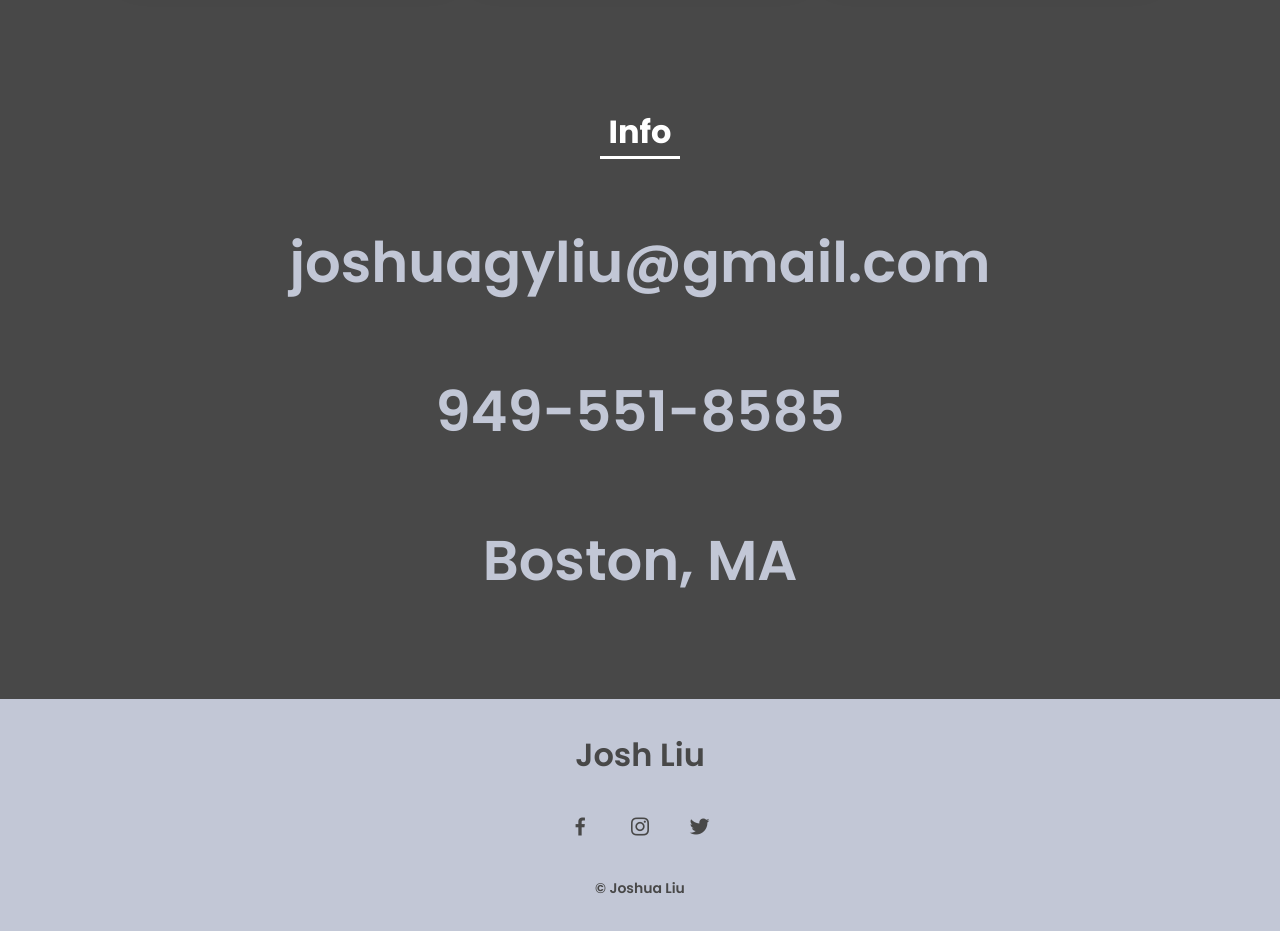
Repository: joshliu14/joshliu14.github.io
Page: index.html
The author's editor kept a copy of each file at every save. The page is drawn from the files as they stood at one save, then again after the next save.
The browser window is 1280 px wide. The pictures show the part of the page from y = 2529 to 3460 px (the page is 3460 px tall before and 3280 px after).
A picture or video elsewhere on the page could not be fetched, so the positions and the page height are approximate.

Above is the page before, as saved 2024-01-31 23:32:45.

### index.html
<!DOCTYPE html>
<html lang="en">
  <head>
    <meta charset="UTF-8" />
    <meta name="viewport" content="width=device-width, initial-scale=1.0" />

    <link rel="stylesheet" href="assets/css/web.css" />

    <!-- =====BOX ICONS===== -->
    <link
      href="https://cdn.jsdelivr.net/npm/boxicons@2.0.5/css/boxicons.min.css"
      rel="stylesheet"
    />

    <title>Portfolio website complete</title>
  </head>
  <body>
    <!--===== HEADER =====-->
    <header class="l-header">
      <nav class="nav bd-grid">
        <div>
          <a href="#" class="nav__logo">Joshua Liu</a>
        </div>

        <div class="nav__menu" id="nav-menu">
          <ul class="nav__list">
            <li class="nav__item">
              <a href="#home" class="nav__link active-link">Home</a>
            </li>
            <li class="nav__item">
              <a href="#about" class="nav__link">About</a>
            </li>
            <li class="nav__item">
              <a href="#skills" class="nav__link">Skills</a>
            </li>
            <li class="nav__item">
              <a href="#work" class="nav__link">Experience</a>
            </li>
            <li class="nav__item">
              <a href="#contact" class="nav__link">Info</a>
            </li>
          </ul>
        </div>

        <div class="nav__toggle" id="nav-toggle">
          <i class="bx bx-menu"></i>
        </div>
      </nav>
    </header>

    <main class="l-main">
      <!--===== HOME =====-->
      <section class="home bd-grid" id="home">
        <div class="home__data">
          <h1 class="home__title">
            Hi,<br />I'm <span class="home__title-color">Josh</span><br />
          </h1>

          <a href="resume.pdf" class="button">Resume</a>
        </div>

        <div class="home__social">
          <a
            href="https://www.linkedin.com/in/joshua-liu-727847208/"
            class="home__social-icon"
            ><i class="bx bxl-linkedin"></i
          ></a>
          <a href="" class="home__social-icon"
            ><i class="bx bxl-behance"></i
          ></a>
          <a href="https://github.com/joshliu14" class="home__social-icon"
            ><i class="bx bxl-github"></i
          ></a>
        </div>

        <div class="home__img">
          <svg
            class="home__blob"
            viewBox="0 0 479 467"
            xmlns="http://www.w3.org/2000/svg"
            xmlns:xlink="http://www.w3.org/1999/xlink"
          >
            <mask id="mask0" mask-type="alpha">
              <path
                d="M9.19024 145.964C34.0253 76.5814 114.865 54.7299 184.111 29.4823C245.804 6.98884 311.86 -14.9503 370.735 14.143C431.207 44.026 467.948 107.508 477.191 174.311C485.897 237.229 454.931 294.377 416.506 344.954C373.74 401.245 326.068 462.801 255.442 466.189C179.416 469.835 111.552 422.137 65.1576 361.805C17.4835 299.81 -17.1617 219.583 9.19024 145.964Z"
              />
            </mask>
            <g mask="url(#mask0)">
              <path
                d="M9.19024 145.964C34.0253 76.5814 114.865 54.7299 184.111 29.4823C245.804 6.98884 311.86 -14.9503 370.735 14.143C431.207 44.026 467.948 107.508 477.191 174.311C485.897 237.229 454.931 294.377 416.506 344.954C373.74 401.245 326.068 462.801 255.442 466.189C179.416 469.835 111.552 422.137 65.1576 361.805C17.4835 299.81 -17.1617 219.583 9.19024 145.964Z"
              />
              <defs>
                <clipPath id="circleClip">
                  <circle cx="230" cy="240" r="180" />
                </clipPath>
              </defs>
              <image
                class="home__blob-img"
                x="50"
                y="60"
                href="assets/img/profile.jpeg"
                clip-path="url(#circleClip)"
              />
            </g>
          </svg>
        </div>
      </section>

      <!--===== ABOUT =====-->
      <section class="about section" id="about">
        <h2 class="section-title">About</h2>

        <div class="about__container bd-grid">
          <div class="about__img">
            <img src="assets/img/about.jpg" alt="" />
          </div>

          <div>
            <h2 class="about__subtitle">I'am Marlon</h2>
            <p class="about__text">
              Lorem, ipsum dolor sit amet consectetur adipisicing elit.
              Voluptate cum expedita quo culpa tempora, assumenda, quis fugiat
              ut voluptates soluta, aut earum nemo recusandae cumque
              perferendis! Recusandae alias accusamus atque.
            </p>
          </div>
        </div>
      </section>

      <!--===== SKILLS =====-->
      <section class="skills section" id="skills">
        <h2 class="section-title">Skills</h2>

        <div class="skills__container bd-grid">
          <div>
            <h2 class="skills__subtitle">Profesional Skills</h2>
            <p class="skills__text">
              Lorem ipsum dolor sit, amet consectetur adipisicing elit. Velit
              optio id vero amet, alias architecto consectetur error eum eaque
              sit.
            </p>
            <div class="skills__data">
              <div class="skills__names">
                <i class="bx bxl-html5 skills__icon"></i>
                <span class="skills__name">HTML5</span>
              </div>
              <div class="skills__bar skills__html"></div>
              <div>
                <span class="skills__percentage">95%</span>
              </div>
            </div>
            <div class="skills__data">
              <div class="skills__names">
                <i class="bx bxl-css3 skills__icon"></i>
                <span class="skills__name">CSS3</span>
              </div>
              <div class="skills__bar skills__css"></div>
              <div>
                <span class="skills__percentage">85%</span>
              </div>
            </div>
            <div class="skills__data">
              <div class="skills__names">
                <i class="bx bxl-javascript skills__icon"></i>
                <span class="skills__name">JAVASCRIPT</span>
              </div>
              <div class="skills__bar skills__js"></div>
              <div>
                <span class="skills__percentage">65%</span>
              </div>
            </div>
            <div class="skills__data">
              <div class="skills__names">
                <i class="bx bxs-paint skills__icon"></i>
                <span class="skills__name">UX/UI</span>
              </div>
              <div class="skills__bar skills__ux"></div>
              <div>
                <span class="skills__percentage">85%</span>
              </div>
            </div>
          </div>

          <div>
            <img src="assets/img/work3.jpg" alt="" class="skills__img" />
          </div>
        </div>
      </section>

      <!--===== WORK =====-->
      <section class="work section" id="work">
        <h2 class="section-title">Work</h2>

        <div class="work__container bd-grid">
          <a href="" class="work__img">
            <img src="assets/img/work1.jpg" alt="" />
          </a>
          <a href="" class="work__img">
            <img src="assets/img/work2.jpg" alt="" />
          </a>
          <a href="" class="work__img">
            <img src="assets/img/work3.jpg" alt="" />
          </a>
          <a href="" class="work__img">
            <img src="assets/img/work4.jpg" alt="" />
          </a>
          <a href="" class="work__img">
            <img src="assets/img/work5.jpg" alt="" />
          </a>
          <a href="" class="work__img">
            <img src="assets/img/work6.jpg" alt="" />
          </a>
        </div>
      </section>

      <!--===== CONTACT =====-->
      <section class="contact section" id="contact">
        <h2 class="section-title">Info</h2>
        <p class="contact__input">joshuagyliu@gmail.com</p>
        <p class="contact__input">949-551-8585</p>
        <p class="contact__input">Boston, MA</p>
      </section>
    </main>

    <!--===== FOOTER =====-->
    <footer class="footer">
      <p class="footer__title">Josh Liu</p>
      <div class="footer__social">
        <a href="#" class="footer__icon"><i class="bx bxl-facebook"></i></a>
        <a href="#" class="footer__icon"><i class="bx bxl-instagram"></i></a>
        <a href="#" class="footer__icon"><i class="bx bxl-twitter"></i></a>
      </div>
      <p class="footer__copy">&#169; Joshua Liu</p>
    </footer>

    <!--===== SCROLL REVEAL =====-->
    <script src="https://unpkg.com/scrollreveal"></script>

    <!--===== MAIN JS =====-->
    <script src="assets/js/main.js"></script>
  </body>
</html>

### assets/css/web.css
/*===== GOOGLE FONTS =====*/
@import url("https://fonts.googleapis.com/css2?family=Poppins:wght@400;600;700&display=swap");
/*===== VARIABLES CSS =====*/
:root {
  --header-height: 3rem;
  --font-semi: 600;
  /*===== Colores =====*/
  /*Purple 260 - Red 355 - Blue 224 - Pink 340*/
  /* HSL color mode */
  --hue-color: 224;
  --first-color: hsl(var(--hue-color), 0%, 100%);
  --second-color: hsl(var(--hue-color), 20%, 80%);
  /*===== Fuente y tipografia =====*/
  --body-font: "Poppins", sans-serif;
  --big-font-size: 2rem;
  --h2-font-size: 1.25rem;
  --normal-font-size: 0.938rem;
  --smaller-font-size: 0.75rem;
  /*===== Margenes =====*/
  --mb-2: 1rem;
  --mb-4: 2rem;
  --mb-5: 2.5rem;
  --mb-6: 3rem;
  /*===== z index =====*/
  --z-back: -10;
  --z-fixed: 100;
}
@media screen and (min-width: 968px) {
  :root {
    --big-font-size: 3.5rem;
    --h2-font-size: 2rem;
    --normal-font-size: 1rem;
    --smaller-font-size: 0.875rem;
  }
}

/*===== BASE =====*/
*,
::before,
::after {
  box-sizing: border-box;
}

html {
  scroll-behavior: smooth;
}

body {
  margin: var(--header-height) 0 0 0;
  font-family: var(--body-font);
  font-size: var(--normal-font-size);
  color: var(--second-color);
  background-color: #484848;
}

h1,
h2,
p {
  margin: 0;
}

ul {
  margin: 0;
  padding: 0;
  list-style: none;
}

a {
  text-decoration: none;
}

img {
  max-width: 100%;
  height: auto;
  display: block;
}

/*===== CLASS CSS ===== */
.section-title {
  position: relative;
  font-size: var(--h2-font-size);
  color: var(--first-color);
  margin-top: var(--mb-2);
  margin-bottom: var(--mb-4);
  text-align: center;
}
.section-title::after {
  position: absolute;
  content: "";
  width: 64px;
  height: 0.18rem;
  left: 0;
  right: 0;
  margin: auto;
  top: 2rem;
  background-color: var(--first-color);
}

.section {
  padding-top: 3rem;
  padding-bottom: 2rem;
}

/*===== LAYOUT =====*/
.bd-grid {
  max-width: 1024px;
  display: grid;
  margin-left: var(--mb-2);
  margin-right: var(--mb-2);
}

.l-header {
  width: 100%;
  position: fixed;
  top: 0;
  left: 0;
  z-index: var(--z-fixed);
  background-color: #484848;
  box-shadow: 0 1px 4px rgba(146, 161, 176, 0.15);
}

/*===== NAV =====*/
.nav {
  height: var(--header-height);
  display: flex;
  justify-content: space-between;
  align-items: center;
  font-weight: var(--font-semi);
}
@media screen and (max-width: 767px) {
  .nav__menu {
    position: fixed;
    top: var(--header-height);
    right: -100%;
    width: 80%;
    height: 100%;
    padding: 2rem;
    background-color: var(--second-color);
    transition: 0.5s;
  }
}
.nav__item {
  margin-bottom: var(--mb-4);
}
.nav__link {
  position: relative;
  color: #fff;
}
.nav__link:hover {
  position: relative;
}
.nav__link:hover::after {
  position: absolute;
  content: "";
  width: 100%;
  height: 0.18rem;
  left: 0;
  top: 2rem;
  background-color: var(--first-color);
}
.nav__logo {
  color: var(--second-color);
}
.nav__toggle {
  color: var(--second-color);
  font-size: 1.5rem;
  cursor: pointer;
}

/*Active menu*/
.active-link::after {
  position: absolute;
  content: "";
  width: 100%;
  height: 0.18rem;
  left: 0;
  top: 2rem;
  background-color: var(--first-color);
}

/*=== Show menu ===*/
.show {
  right: 0;
}

/*===== HOME =====*/
.home {
  position: relative;
  row-gap: 5rem;
  padding: 4rem 0 5rem;
}
.home__data {
  align-self: center;
}
.home__title {
  font-size: var(--big-font-size);
  margin-bottom: var(--mb-5);
}
.home__title-color {
  color: var(--first-color);
}
.home__social {
  display: flex;
  flex-direction: column;
}
.home__social-icon {
  width: max-content;
  margin-bottom: var(--mb-2);
  font-size: 1.5rem;
  color: var(--second-color);
}
.home__social-icon:hover {
  color: var(--first-color);
}
.home__img {
  position: absolute;
  right: 0;
  bottom: 0;
  width: 260px;
}
.home__blob {
  fill: var(--first-color);
}
.home__blob-img {
  width: 360px;
  border-radius: 50%;
}

/*BUTTONS*/
.button {
  display: inline-block;
  background-color: var(--first-color);
  color: #000000;
  padding: 0.75rem 2.5rem;
  font-weight: var(--font-semi);
  border-radius: 0.5rem;
  transition: 0.3s;
}
.button:hover {
  box-shadow: 0px 10px 36px rgba(0, 0, 0, 0.15);
}

/* ===== ABOUT =====*/
.about__container {
  row-gap: 2rem;
  text-align: center;
}
.about__subtitle {
  margin-bottom: var(--mb-2);
}
.about__img {
  justify-self: center;
}
.about__img img {
  width: 200px;
  border-radius: 0.5rem;
}

/* ===== SKILLS =====*/
.skills__container {
  row-gap: 2rem;
  text-align: center;
}
.skills__subtitle {
  margin-bottom: var(--mb-2);
}
.skills__text {
  margin-bottom: var(--mb-4);
}
.skills__data {
  display: flex;
  justify-content: space-between;
  align-items: center;
  position: relative;
  font-weight: var(--font-semi);
  padding: 0.5rem 1rem;
  margin-bottom: var(--mb-4);
  border-radius: 0.5rem;
  box-shadow: 0px 4px 25px rgba(14, 36, 49, 0.15);
}
.skills__icon {
  font-size: 2rem;
  margin-right: var(--mb-2);
  color: var(--first-color);
}
.skills__names {
  display: flex;
  align-items: center;
}
.skills__bar {
  position: absolute;
  left: 0;
  bottom: 0;
  background-color: var(--first-color);
  height: 0.25rem;
  border-radius: 0.5rem;
  z-index: var(--z-back);
}
.skills__html {
  width: 95%;
}
.skills__css {
  width: 85%;
}
.skills__js {
  width: 65%;
}
.skills__ux {
  width: 85%;
}
.skills__img {
  border-radius: 0.5rem;
}

/* ===== WORK =====*/
.work__container {
  row-gap: 2rem;
}
.work__img {
  box-shadow: 0px 4px 25px rgba(14, 36, 49, 0.15);
  border-radius: 0.5rem;
  overflow: hidden;
}
.work__img img {
  transition: 1s;
}
.work__img img:hover {
  transform: scale(1.1);
}

/* ===== CONTACT =====*/
.contact__input {
  text-align: center;
  font-size: var(--big-font-size);
  font-weight: var(--font-semi);
  padding: 1rem;
  margin-bottom: var(--mb-4);
}

/* ===== FOOTER =====*/
.footer {
  background-color: var(--second-color);
  color: #484848;
  text-align: center;
  font-weight: var(--font-semi);
  padding: 2rem 0;
}
.footer__title {
  font-size: 2rem;
  margin-bottom: var(--mb-4);
}
.footer__social {
  margin-bottom: var(--mb-4);
}
.footer__icon {
  font-size: 1.5rem;
  color: #484848;
  margin: 0 var(--mb-2);
}
.footer__copy {
  font-size: var(--smaller-font-size);
}

/* ===== MEDIA QUERIES=====*/
@media screen and (max-width: 320px) {
  .home {
    row-gap: 2rem;
  }
  .home__img {
    width: 200px;
  }
}
@media screen and (min-width: 576px) {
  .home {
    padding: 4rem 0 2rem;
  }
  .home__social {
    padding-top: 0;
    padding-bottom: 2.5rem;
    flex-direction: row;
    align-self: flex-end;
  }
  .home__social-icon {
    margin-bottom: 0;
    margin-right: var(--mb-4);
  }
  .home__img {
    width: 300px;
    bottom: 25%;
  }
  .about__container {
    grid-template-columns: repeat(2, 1fr);
    align-items: center;
    text-align: initial;
  }
  .skills__container {
    grid-template-columns: 0.7fr;
    justify-content: center;
    column-gap: 1rem;
  }
  .work__container {
    grid-template-columns: repeat(2, 1fr);
    column-gap: 2rem;
    padding-top: 2rem;
  }
}
@media screen and (min-width: 768px) {
  body {
    margin: 0;
  }
  .section {
    padding-top: 4rem;
    padding-bottom: 3rem;
  }
  .section-title {
    margin-bottom: var(--mb-6);
  }
  .section-title::after {
    width: 80px;
    top: 3rem;
  }
  .nav {
    height: calc(var(--header-height) + 1.5rem);
  }
  .nav__list {
    display: flex;
    padding-top: 0;
  }
  .nav__item {
    margin-left: var(--mb-6);
    margin-bottom: 0;
  }
  .nav__toggle {
    display: none;
  }
  .nav__link {
    color: var(--second-color);
  }
  .home {
    padding: 8rem 0 2rem;
  }
  .home__img {
    width: 400px;
    bottom: 10%;
  }
  .about__container {
    padding-top: 2rem;
  }
  .about__img img {
    width: 300px;
  }
  .skills__container {
    grid-template-columns: repeat(2, 1fr);
    column-gap: 2rem;
    align-items: center;
    text-align: initial;
  }
  .work__container {
    grid-template-columns: repeat(3, 1fr);
    column-gap: 2rem;
  }
}
@media screen and (min-width: 992px) {
  .bd-grid {
    margin-left: auto;
    margin-right: auto;
  }
  .home {
    padding: 10rem 0 2rem;
  }
  .home__img {
    width: 450px;
  }
}

### assets/js/main.js
/*===== MENU SHOW =====*/
const showMenu = (toggleId, navId) => {
  const toggle = document.getElementById(toggleId),
    nav = document.getElementById(navId);

  if (toggle && nav) {
    toggle.addEventListener("click", () => {
      nav.classList.toggle("show");
    });
  }
};
showMenu("nav-toggle", "nav-menu");

/*==================== REMOVE MENU MOBILE ====================*/
const navLink = document.querySelectorAll(".nav__link");

function linkAction() {
  const navMenu = document.getElementById("nav-menu");
  // When we click on each nav__link, we remove the show-menu class
  navMenu.classList.remove("show");
}
navLink.forEach((n) => n.addEventListener("click", linkAction));

/*==================== SCROLL SECTIONS ACTIVE LINK ====================*/
const sections = document.querySelectorAll("section[id]");

const scrollActive = () => {
  const scrollDown = window.scrollY;

  sections.forEach((current) => {
    const sectionHeight = current.offsetHeight,
      sectionTop = current.offsetTop - 58,
      sectionId = current.getAttribute("id"),
      sectionsClass = document.querySelector(
        ".nav__menu a[href*=" + sectionId + "]"
      );

    if (scrollDown > sectionTop && scrollDown <= sectionTop + sectionHeight) {
      sectionsClass.classList.add("active-link");
    } else {
      sectionsClass.classList.remove("active-link");
    }
  });
};
window.addEventListener("scroll", scrollActive);

/*===== SCROLL REVEAL ANIMATION =====*/
const sr = ScrollReveal({
  origin: "top",
  distance: "60px",
  duration: 2000,
  delay: 200,
  //     reset: true
});

sr.reveal(".home__data, .about__img, .skills__subtitle, .skills__text", {});
sr.reveal(".home__img, .about__subtitle, .about__text, .skills__img", {
  delay: 400,
});
sr.reveal(".home__social-icon", { interval: 200 });
sr.reveal(".skills__data, .work__img, .contact__input", { interval: 200 });

After the next save:
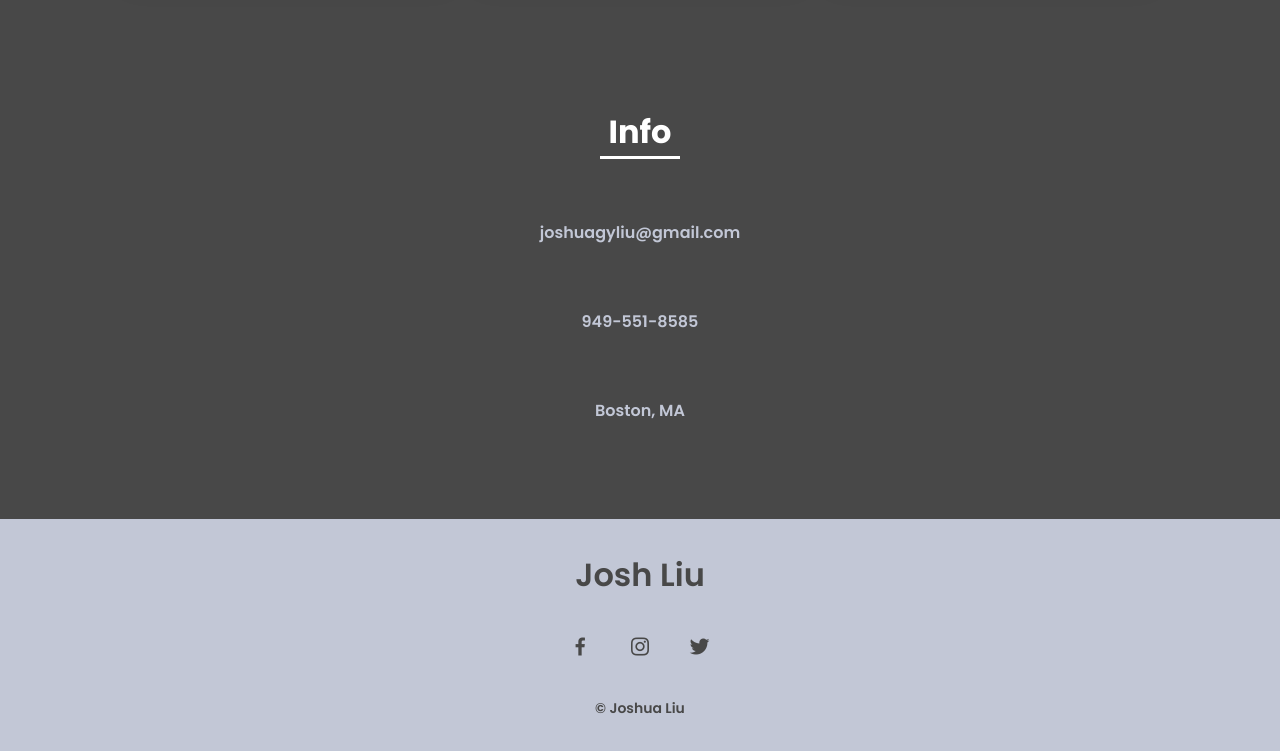
Saved 15 s later.
--- a/assets/css/web.css
+++ b/assets/css/web.css
@@ -331,7 +331,7 @@ img {
 /* ===== CONTACT =====*/
 .contact__input {
   text-align: center;
-  font-size: var(--big-font-size);
+  font-size: var(--normal-font-size);
   font-weight: var(--font-semi);
   padding: 1rem;
   margin-bottom: var(--mb-4);
